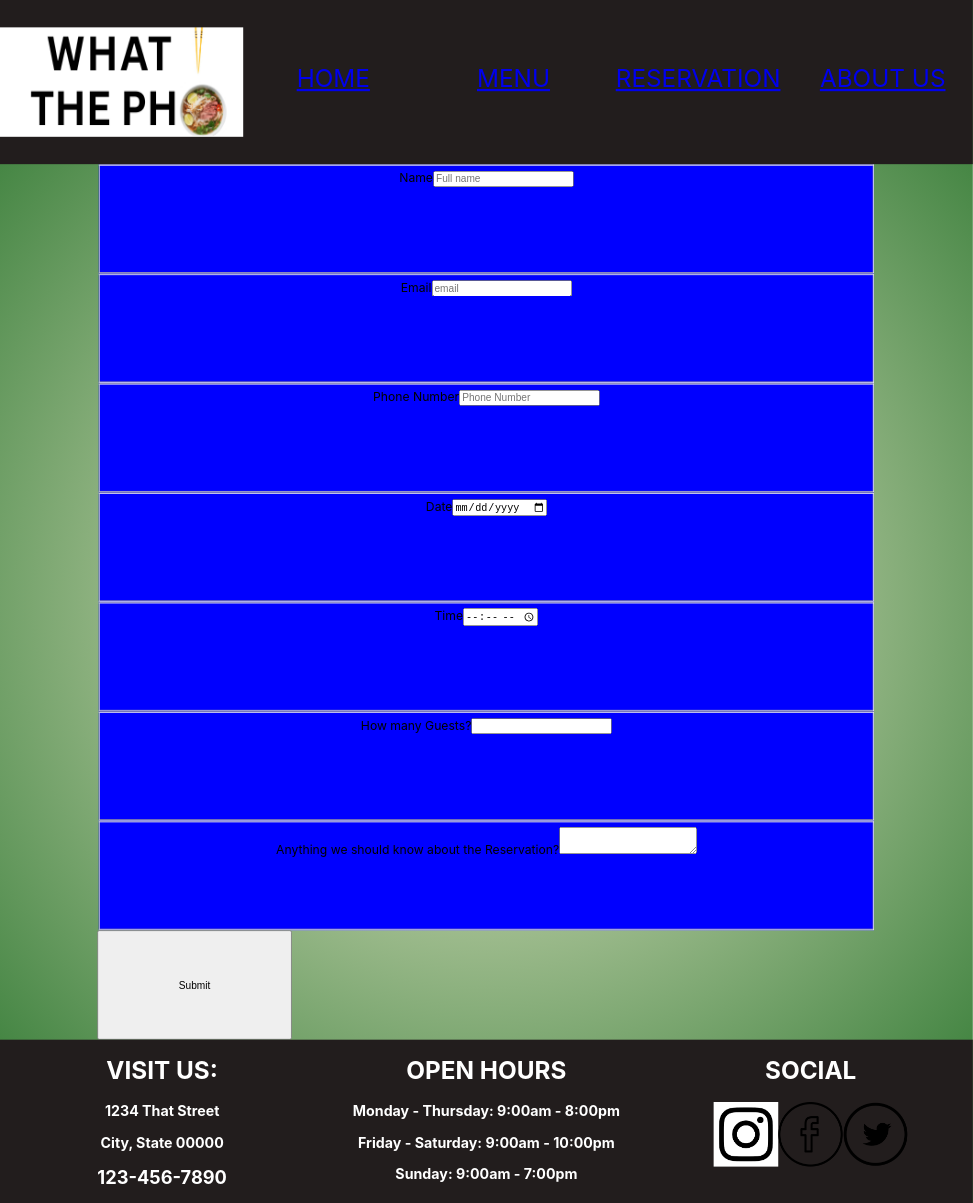
Repository: NguyenkhDang/Restaurant-Website
Page: /reservation
These files come from the project's save history. The page is drawn as it stood at one moment and after the next save; the edit follows.
The browser window is 1280 px wide. The pictures show the whole page, at 76% of full size.
The project was rebuilt for these pictures with package versions that can differ from the ones it lists, and the page was loaded fresh each time. Also part of the build but not shown: src/CSS/Readmore.css, src/Readmore.js, src/CSS/SectionContainer.css, src/SectionContainer.js, src/CSS/Home.css, src/Pages/HomePage.js, src/Pages/MenuPage.js, src/Pages/AboutUsPage.js and 1 more.

Above is the page before, as saved 2026-01-18 15:00:45.

### src/index.js
import React from 'react';
import ReactDOM from 'react-dom/client';
import './index.css';
import App from './App';
import reportWebVitals from './reportWebVitals';
import { BrowserRouter } from "react-router-dom";


const root = ReactDOM.createRoot(document.getElementById("root"));
root.render(
  <BrowserRouter>
    <App />
  </BrowserRouter>
);

// If you want to start measuring performance in your app, pass a function
// to log results (for example: reportWebVitals(console.log))
// or send to an analytics endpoint. Learn more: https://bit.ly/CRA-vitals
reportWebVitals();

### src/App.js

import './App.css';

import NavigationBar from './NavigationBar';
import Footer from "./Footer"
import {Routes, Route} from "react-router-dom"



import HomePage from "./Pages/HomePage"
import MenuPage from "./Pages/MenuPage"
import ReservationPage from "./Pages/ReservationPage"
import AboutUsPage from "./Pages/AboutUsPage"
import ContactUsPage from "./Pages/ContactUsPage"

function App() {


  return (
    <div className="home">
      <NavigationBar />

      <Routes>
        <Route path="/" element={<HomePage />} />
        <Route path="/menu" element={<MenuPage />} />
        <Route path="/reservation" element={<ReservationPage />} />
        <Route path="/aboutUs" element={<AboutUsPage />} />
        <Route path="contactUs" element={<ContactUsPage />} />
      </Routes>

      <Footer />
  </div>
);
}

export default App;

### src/App.css
html{
  -ms-overflow-style: none;
  scrollbar-width: none;
}

.home {
  display: grid;
  margin: 0;
  padding: 0;

  background: radial-gradient(
    circle,
    rgba(245, 240, 213, 1) 0%,
    rgba(38, 115, 42, 1) 100%
  );
  place-items: center;
  text-align: center;
  color: white;
}


html::-webkit-scrollbar {
  display: none;
}

### src/NavigationBar.js
import "./CSS/NavigationBar.css"
import Logo from "./image/CustomLogo2.png"
import { Link } from "react-router-dom"
const NavigationBar = () =>{



  return (
    <div className="navbar">
      <div className="logoImage">
        <img src= {Logo} />
      </div>
      <div className="wholeNavBar">
        <ul>
          <li>
            <Link to="/">HOME</Link>
          </li>
          <li>
            <Link to="/menu">MENU</Link>
          </li>
          <li>
            <Link to="/reservation">RESERVATION</Link>
          </li>
          <li>
            <Link to="/aboutUs">ABOUT US</Link>
          </li>
        </ul>

      </div>
    </div>
  )


}

export default NavigationBar

### src/Footer.js
import "./CSS/Footer.css"
import InstagramIcon from "./image/instagramIcon.png"
import FacebookIcon from "./image/facebookIcon.png"
import TwitterIcon from "./image/twitterIcon.png"
const Footer = () =>{

  return(
    <div className="footer">
      <div>
        <h1>VISIT US:</h1>
        <h3>1234 That Street</h3>
        <h3>City, State 00000</h3>

        <h2>123-456-7890</h2>
      </div>
      <div>
        <h1>OPEN HOURS</h1>
        <h3>Monday - Thursday: 9:00am - 8:00pm</h3>
        <h3>Friday - Saturday: 9:00am - 10:00pm</h3>
        <h3>Sunday: 9:00am - 7:00pm</h3>
      </div>
      <div>
        <h1>SOCIAL</h1>
        <a href="https://www.instagram.com/" target="_blank"><img src={InstagramIcon}/></a>
        <a href="https://www.facebook.com/" target="_blank"><img src={FacebookIcon}/></a>
        <a href="https://x.com/" target="_blank"><img src={TwitterIcon}/></a>
      </div>

    </div>
  )

}

export default Footer

### src/Pages/ReservationPage.js
import ReservationForm from "../ReservationForm"


const ReservationPage = () =>{
  return(
    <>
      <ReservationForm />
    </>
  )
}

export default ReservationPage

### src/CSS/NavigationBar.css
.navbar{
  background-color: rgb(34, 29, 29);
  display: grid;
  grid-template-columns: 25% 75%;
  width: 100vw;
  height: 25vh;
  padding-top: 5vh;
}
.wholeMavBar{
  float: right;
  height: 10vh;
}

.logoImage img{
  height: 20vh;
  width: 25vw;
  object-fit: fill;
  object-position: center;
}

ul{
  align-items: center;
  list-style-type: none;
  display: grid;
  place-items: center;
  grid-template-columns: 1fr 1fr 1fr 1fr;
  margin-top: 5%;
  padding: 0;
}
li a{
  font-size: 2em;
  text-align: center;
  padding: 14px 16px;
}

li a:hover{
  background-color: #c5b1b1;
}

### src/CSS/Footer.css
.footer{
  background-color: rgb(34, 29, 29);
  display: grid;
  grid-template-columns: repeat(3, 1fr);
  width: 100vw;
}

.footer img{
  width: 20%;
}

### src/ReservationForm.js
import { useRef, useState } from "react"
import "./CSS/ReservationForm.css"
const ReservationForm = () =>{

  const [phoneNumberLength, setPhoneNumberLength] = useState("")

  const formRef= useRef(null)


  const PhoneNumber = (e) =>{

    let value = e.target.value;
    value = value.replace(/\D/g, "");
    if (value.length > 3 && value.length <=6){
      value = `(${value.slice(0, 3)}) ${value.slice(3)}`;
    } else if (value.length > 6) {
    value = `(${value.slice(0, 3)}) ${value.slice(3, 6)}-${value.slice(6, 10)}`;
    }
    setPhoneNumberLength(value)
  }


  const handleSubmit = (e)=>{

    e.preventDefault();
    const url = "https://script.google.com/macros/s/AKfycbx0FabLb-KOBm8n_JP2SJcp21AE1aox7vxr3D2p_FfrtZs8dIHl3N9UMOriMfEaySY/exec"

    fetch(url,{
      method:"POST",
      body: new FormData(formRef.current)
    } ).then(() => {
      alert("Reservation Submitted ");
    }).catch((error) => console.log(error))
  };

  return (
    <div className = "reservationForm">
      <form className="form" ref = {formRef} onSubmit={handleSubmit}>
        <fieldset>
          <label for="name">Name</label>
          <input
            type="text"
            name="Name"
            id="name"
            placeholder="Full name"
            required
          />
        </fieldset>
        <fieldset>
          <label for="email">Email</label>
          <input
            type="email"
            name="Email"
            id="email"
            placeholder="email"
            required
          />
        </fieldset>
        <fieldset>
          <label for="phone">Phone Number</label>
          <input
            type="text"
            name="Phone"
            id="phone"
            value={phoneNumberLength}
            onChange={PhoneNumber}
            placeholder="Phone Number"
          />
        </fieldset>
        <fieldset>
          <label for="date">Date</label>
          <input
            type="date"
            name="Date"
            id="date"
            required
          />
        </fieldset>

        <fieldset>
          <label for="time">Time</label>
          <input
            type="time"
            name="Time"
            id="date"
            required
          />
        </fieldset>

        <fieldset>
          <label for="guests">How many Guests?</label>
          <input
            type="number"
            name="Guests"
            id="guests"
            required
          />
        </fieldset>
        <fieldset>
          <label for="comment">Anything we should know about the Reservation?</label>
          <textarea
            name="Comment"
            style={{
              width: "auto"
            }}
          />
        </fieldset>
      <button>Submit</button>
    </form>
    </div>
  )
}

export default ReservationForm

### src/CSS/ReservationForm.css
.reservationForm{
  width: 80vw;
}


.form{
  display: grid;
  grid-template-rows: repeat(8, 1fr);
  color: black;
}

.form fieldset{
  background-color: blue;
}
button{
  width: 20vw;
  height: 20vh;
}

Loaded but not shown: public/index.html (common file); src/index.css (common file); src/reportWebVitals.js (common file)

After the next save:
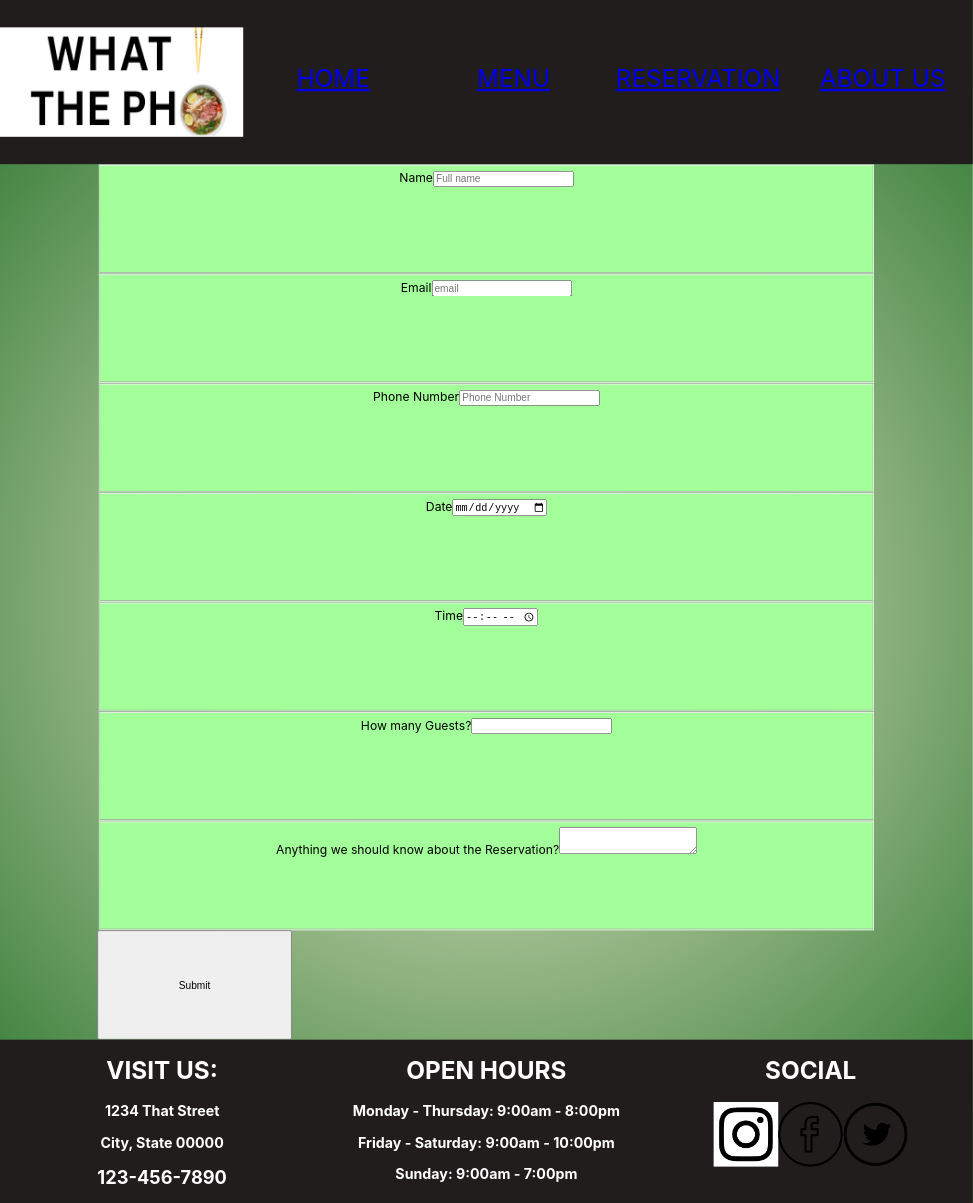
Saved 9 s later.
--- a/src/CSS/ReservationForm.css
+++ b/src/CSS/ReservationForm.css
@@ -10,7 +10,7 @@
 }
 
 .form fieldset{
-  background-color: blue;
+  background-color: rgb(163, 255, 154);
 }
 button{
   width: 20vw;
